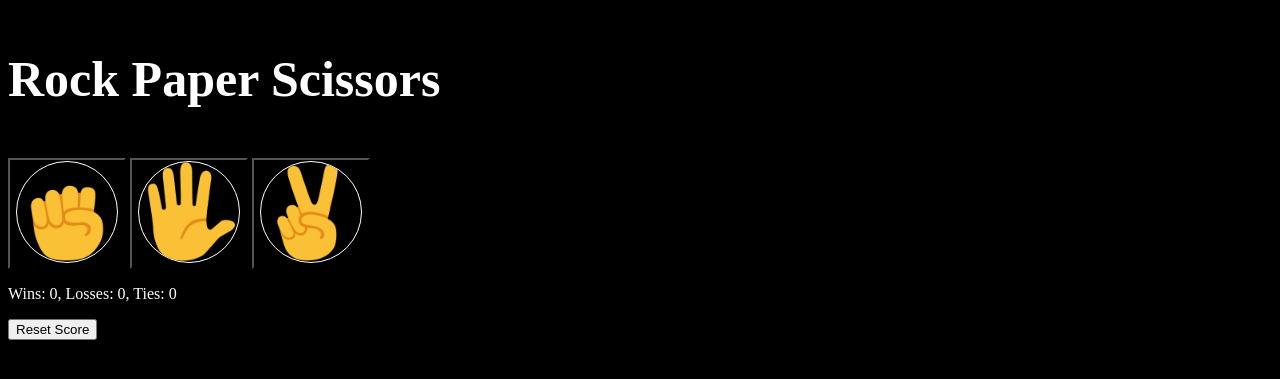
Repository: pgyunknown/Rock_paper_scissors-
Page: index.html
An editor plug-in stored every save of this project. The page is shown before and after the next save, followed by the edit.
The browser window is 1280 px wide. The pictures show the whole page.

Above is the page before, as saved 2024-08-30 17:12:59.

### index.html

<!DOCTYPE html>
<html>
  <head>
    <title>Rock Paper Scissors</title>
    <link rel="stylesheet" href="index.css">
  </head>
  <body>
    <p class="title">Rock Paper Scissors</p>
    <button onclick="
      playGame('rock');
    "class="emoji"><img src="images/rock-emoji.png" alt=""></button>

    <button onclick="
      playGame('paper');
    " class="emoji"><img src="images/paper-emoji.png" alt=""></button>

    <button onclick="
      playGame('scissors');
    " class="emoji"><img src="images/scissors-emoji.png" alt=""></button>

    <p class="js-result result"></p>
    <p class="js-moves"></p>
    <p class="js-score score"></p>

    <button onclick="
      score.wins = 0;
      score.losses = 0;
      score.ties = 0;
      localStorage.removeItem('score');
      updateScoreElement();
    " class="reset-score-button">Reset Score</button>


    <script src="index.js">

    </script>
  </body>
</html>

### index.css
body{
  background-color: black;
  color: white;
}
.title{
  font-size: 50px;
  font-weight: bold;
}

button img{
  height: 100px;
  width: 100px;
  background-color: black;
  border: 1px solid white;
  border-radius: 70px;
}
.emoji{
  background-color: black;
    /* border: 1px solid white; */
  /* border-radius: 70px;
  margin: 0px 10px 0px 10px; */
}

### index.js

let score = JSON.parse(localStorage.getItem('score')) || {
  wins: 0,
  losses: 0,
  ties: 0
};

updateScoreElement();

/*
if (!score) {
  score = {
    wins: 0,
    losses: 0,
    ties: 0
  };
}
*/

function playGame(playerMove) {
  const computerMove = pickComputerMove();

  let result = '';

  if (playerMove === 'scissors') {
    if (computerMove === 'rock') {
      result = 'You lose.';
    } else if (computerMove === 'paper') {
      result = 'You win.';
    } else if (computerMove === 'scissors') {
      result = 'Tie.';
    }

  } else if (playerMove === 'paper') {
    if (computerMove === 'rock') {
      result = 'You win.';
    } else if (computerMove === 'paper') {
      result = 'Tie.';
    } else if (computerMove === 'scissors') {
      result = 'You lose.';
    }

  } else if (playerMove === 'rock') {
    if (computerMove === 'rock') {
      result = 'Tie.';
    } else if (computerMove === 'paper') {
      result = 'You lose.';
    } else if (computerMove === 'scissors') {
      result = 'You win.';
    }
  }

  if (result === 'You win.') {
    score.wins += 1;
  } else if (result === 'You lose.') {
    score.losses += 1;
  } else if (result === 'Tie.') {
    score.ties += 1;
  }

  localStorage.setItem('score', JSON.stringify(score));

  updateScoreElement();

  document.querySelector('.js-result').innerHTML = result;

  document.querySelector('.js-moves').innerHTML = `You
<img src="images/${playerMove}-emoji.png" class="move-icon">
<img src="images/${computerMove}-emoji.png" class="move-icon">
Computer`;
}

function updateScoreElement() {
  document.querySelector('.js-score')
    .innerHTML = `Wins: ${score.wins}, Losses: ${score.losses}, Ties: ${score.ties}`;
}

function pickComputerMove() {
  const randomNumber = Math.random();

  let computerMove = '';

  if (randomNumber >= 0 && randomNumber < 1 / 3) {
    computerMove = 'rock';
  } else if (randomNumber >= 1 / 3 && randomNumber < 2 / 3) {
    computerMove = 'paper';
  } else if (randomNumber >= 2 / 3 && randomNumber < 1) {
    computerMove = 'scissors';
  }

  return computerMove;
}

After the next save:
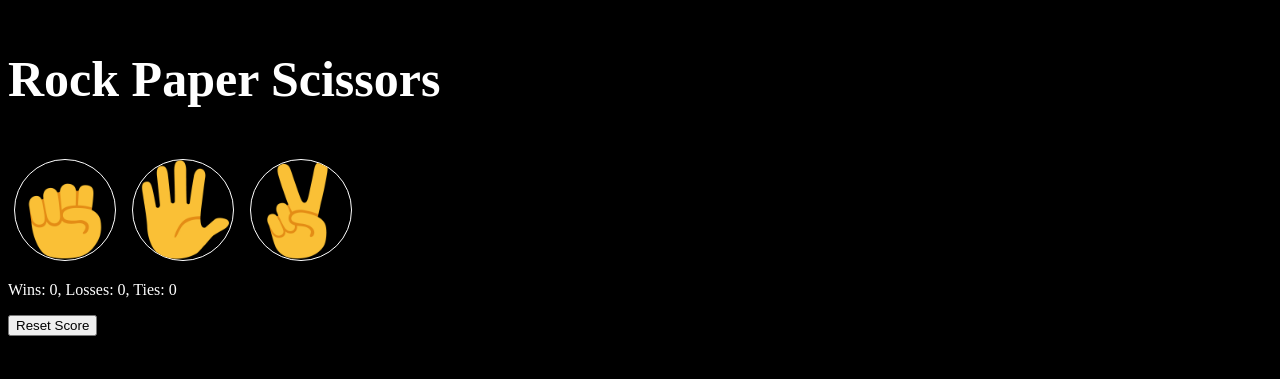
Saved 8 s later.
--- a/index.css
+++ b/index.css
@@ -16,7 +16,7 @@ button img{
 }
 .emoji{
   background-color: black;
-    /* border: 1px solid white; */
+    border: none;
   /* border-radius: 70px;
   margin: 0px 10px 0px 10px; */
 }
